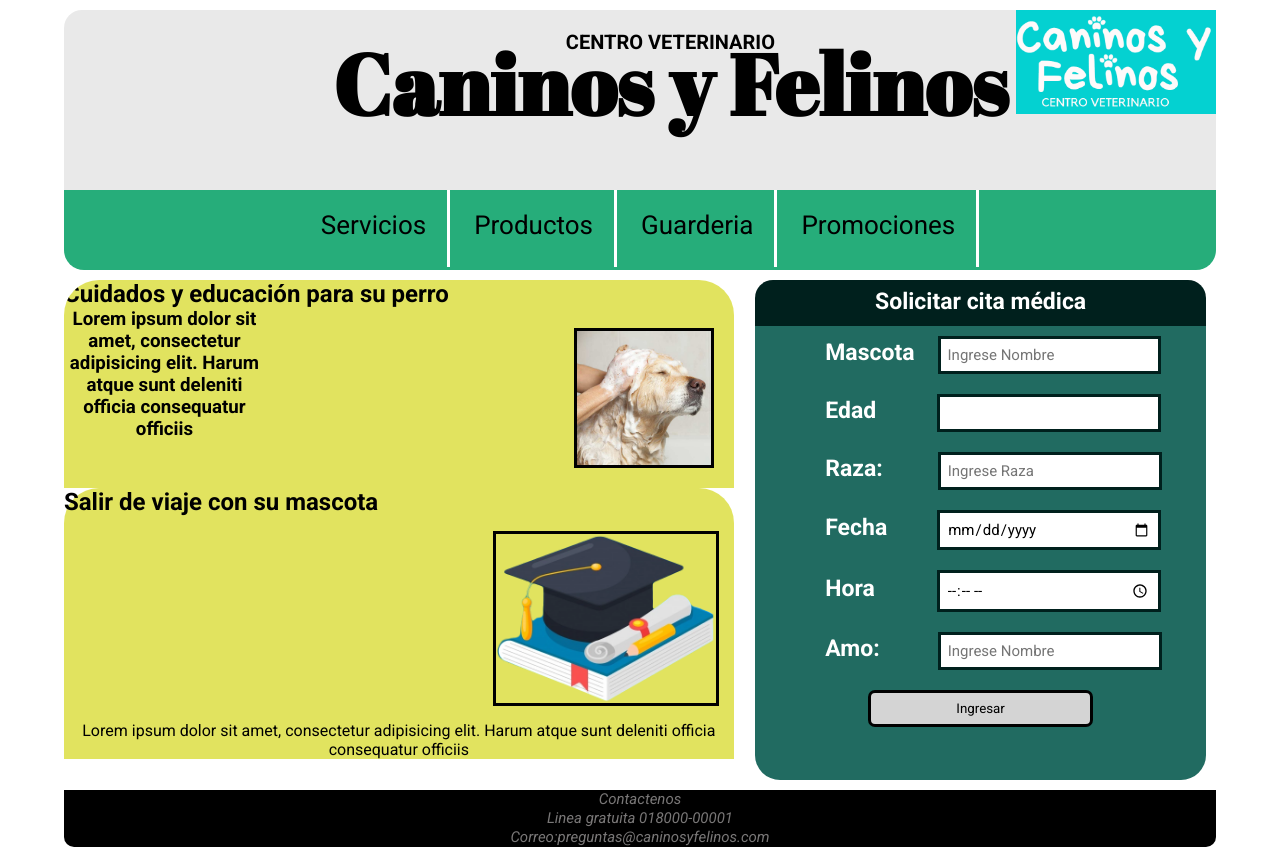
Repository: NickArregoces/Veterinaria
Page: Index.html
The author's editor kept a copy of each file at every save. The page is drawn from the files as they stood at one save, then again after the next save.
The browser window is 1280 px wide. The pictures show the whole page.

Above is the page before, as saved 2021-10-05 17:20:56.

### Index.html
<!DOCTYPE html>
<html lang="en">
<head>
    <meta charset="UTF-8">
    <meta http-equiv="X-UA-Compatible" content="IE=edge">
    <meta name="viewport" content="width=device-width, initial-scale=1.0">
    <title>Canicos y felinos</title>
    <link rel="stylesheet" href="/CSS/Style.css">
    <link href="https://fonts.googleapis.com/css2?family=Roboto:ital,wght@0,100;0,300;0,400;0,500;0,700;0,900;1,100;1,300;1,400;1,500;1,700;1,900&display=swap" rel="stylesheet">
    <link rel="preconnect" href="https://fonts.googleapis.com">
    <link rel="preconnect" href="https://fonts.gstatic.com" crossorigin>
    <link href="https://fonts.googleapis.com/css2?family=Abril+Fatface&display=swap" rel="stylesheet">

</head>
<body>
    <div id="head">
        <header>
            <div class="image">
                <img src="/Images/logo.png" alt="logo">
            </div>
            <div class="title" >
                <h3>CENTRO VETERINARIO</h3>
                <h1>Caninos y Felinos</h1>
            </div>

        </header>

        <div class="navegador">
            <ul class="menu">
                <li><a href="#">Servicios</a></li>
                <li><a href="#">Productos</a></li>
                <li><a href="#">Guarderia</a></li>
                <li><a href="#">Promociones</a></li>
            </ul>
        </div>

    </div>
        <div id="Contenido">
            <div class="section">

                <form action="" class="cita">
                    <h3 style="color: rgb(255, 255, 255);">Solicitar cita médica</h3>
                        <div class="Mascota">
                            <h4>Mascota<input type="text" placeholder="Ingrese Nombre" required></h4>
                        </div>

                        <div class="Edad">
                            <h4>Edad<input type="number" required></h4>
                        </div>

                        <div class="Raza">
                            <h4>Raza:<input type="text" placeholder="Ingrese Raza" required></h4>
                        </div>
                        <div class="Fecha">
                            <h4>Fecha<input type="date" placeholder="" required></h4>
                        </div>

                        <div class="Hora">
                            <h4>Hora<input type="time" required></h4>
                        </div>

                        <div class="Amo">
                            <h4>Amo:<input type="text" placeholder="Ingrese Nombre" required></h4>
                        </div>

                    <div class="button">
                        <button class="sumbit"> Ingresar </button>
                    </div>

                </form>
            </div>

            <div id="Cuadros">
                <aside>
                    <div class="Cuidados">
                        <h2 style="color: rgb(0, 0, 0);">Cuidados y educación para su perro</h2>

                        <div id="Prueba">
                        <img id="Prubea" src="/Images/credit.png" alt="">

                        <h3>Lorem ipsum dolor sit amet, consectetur adipisicing elit.
                            Harum atque sunt deleniti officia consequatur officiis</h3>
                        </div>
                    </div>

                    <div class="Viajes">
                        <h2 style="color: rgb(0, 0, 0);">Salir de viaje con su mascota</h2>

                        <div id="Prueba">
                        <img id="Prubea" src="/Images/Captura de pantalla 2021-10-04 181948.png" alt="">
                        </div>

                        <p>Lorem ipsum dolor sit amet, consectetur adipisicing elit.
                            Harum atque sunt deleniti officia consequatur officiis</p>
                    </div>
                </aside>
            </div>

            <div>
                <footer>
                        <p>Contactenos</p>
                        <p>Linea gratuita 018000-00001</p>
                        <p>Correo:preguntas@caninosyfelinos.com</p>
                </footer>
            </div>
        </div>

</body>
</html>

### CSS/Style.css

*{
    margin: 0 auto;
    padding: 0px;
    list-style:none;
    font-family: 'Roboto', sans-serif;
}
body{
    font-family: Arial, Helvetica, sans-serif;
    background: rgb(255, 255, 255);
    width: 90%;
    color: rgb(0, 0, 0);
}
header{
    width: 100%;
    margin-top: 10px;
    background:rgb(233, 233, 233);
    border-top-left-radius:  18px;
    border-top-right-radius:  18px;
    height: 180px;
}
    img{
        float: right;
        width: 200px;
    }
    .title{
        float: right;
        width: 60%;
        margin-top: 20px;
    }
    header h1{
        font-family: 'Abril Fatface', cursive;
        font-size: 85px;
        text-align: center;
        line-height: 60px;
        display: block;
        color: black;
    }
    header h3{
        font-size: 20px;
        text-align: center;
    }
div.navegador{
    text-align: center;
}
    ul.menu{
        border-bottom-left-radius: 20px 20px;
        border-bottom-right-radius: 20px 20px;
        background: rgb(38, 173, 122);
        height: 80px;
        list-style: none;
        padding: 0;
        max-width: 10000px;
    }
    .menu li a{
        height: 37px;
        font-size: 26px;
        margin-right: 1px;
        text-decoration: none;
        color:black;
        padding: 20px;
        display: inline-block;
    }
    .menu li {
        border-right: solid white;
        display: inline-block;
        }
    .menu li a:hover{
        background: #242323b6;
        color: white;
        }

.section{
    width: 40%;
    float: right;
}
    /*Formulario Login*/
    form{
        background: rgb(33, 107, 97);
        border-radius: 25px;
        margin-top: 10px;
        margin-right:10px;
        margin-bottom: 10px;
        height: 500px;
    }
        form h3{
            font-size: 23px;
            text-align: center;
            background: rgb(0, 32, 29);
            height: 30px;
            padding: 8px;
            border-top-left-radius: 18px;
            border-top-right-radius: 18px;
        }
        form h4{
            font-size: 23px;
            padding: 10px;
            margin-left: 60px;
            color: rgb(255, 255, 255);

        }
        form input{
            font-size: 15px;
            width: 55%;
            padding: 7px;
            display: inline;
            border: solid rgb(0, 32, 29);
            margin-left: 10px;
        }
        div.Mascota input {
            margin-left: 23px;
        }
        div.Edad input {
            margin-left: 61px;
        }
        div.Raza input {
            margin-left: 55px;
        }
        div.Fecha input {
            margin-left: 50px;
        }
        div.Hora input {
            margin-left: 62px;
        }
        div.Amo input {
            margin-left: 58px;
        }
        div.button{
            margin-top: 10px;
            margin: auto;
            text-align: center;
            width: 50%;
            cursor: pointer;
        }
        button{
            margin-top: 10px;
            width: 100%;
            padding: 8px;
            background: rgb(212, 212, 212);
            border-radius: 7px;
            border: solid black;
            cursor: pointer;
        }
        button:hover{
            background: #000000b6;
            color: rgb(255, 255, 255);
        }
aside{
    width: 59%;
    height: 500px;
    margin-top: 10px;
    float: left;
    margin-bottom: 10px;
}
    div.Cuidados{
        border-top-left-radius: 35px;
        border-top-right-radius: 35px;
        margin-right: 10px;
        background: rgba(216, 219, 45, 0.76);
        overflow:hidden;
    }
    /*Centrado Imagenes aside*/
    #Prueba{
        float: right;
    }
        div.Cuidados img {
            margin: 20px;
            width: 20%;
            border: solid black;
        }
        /*Efecto Imagenes aside*/
        div img:hover{
            -webkit-transform:scale(0.9);
            transform:scale(0.9);
        }
        div.Cuidados h3{
            width: 30%;
            display: inline-block;
            text-align: center;
        }

    div.Viajes {
        border-top-right-radius: 35px;
        border-top-left-radius: 35px;
        margin-right: 10px;
        background: rgba(216, 219, 45, 0.76);
     }
        div.Viajes img {
            width: 220px;
            margin: 15px;
            border: solid black;
        }
        div.Viajes p{
            display: inline-block;
            text-align: center;
        }

footer{
    background: black;
    clear: both;
    border-bottom-left-radius: 10px;
    border-bottom-right-radius: 10px;
}
    footer p{
        font-size: 15px;
        text-align: center;
        line-height: 15px;
        color: rgb(121, 119, 119);
        font-style:italic;
        padding: 2px;
    }

After the next save:
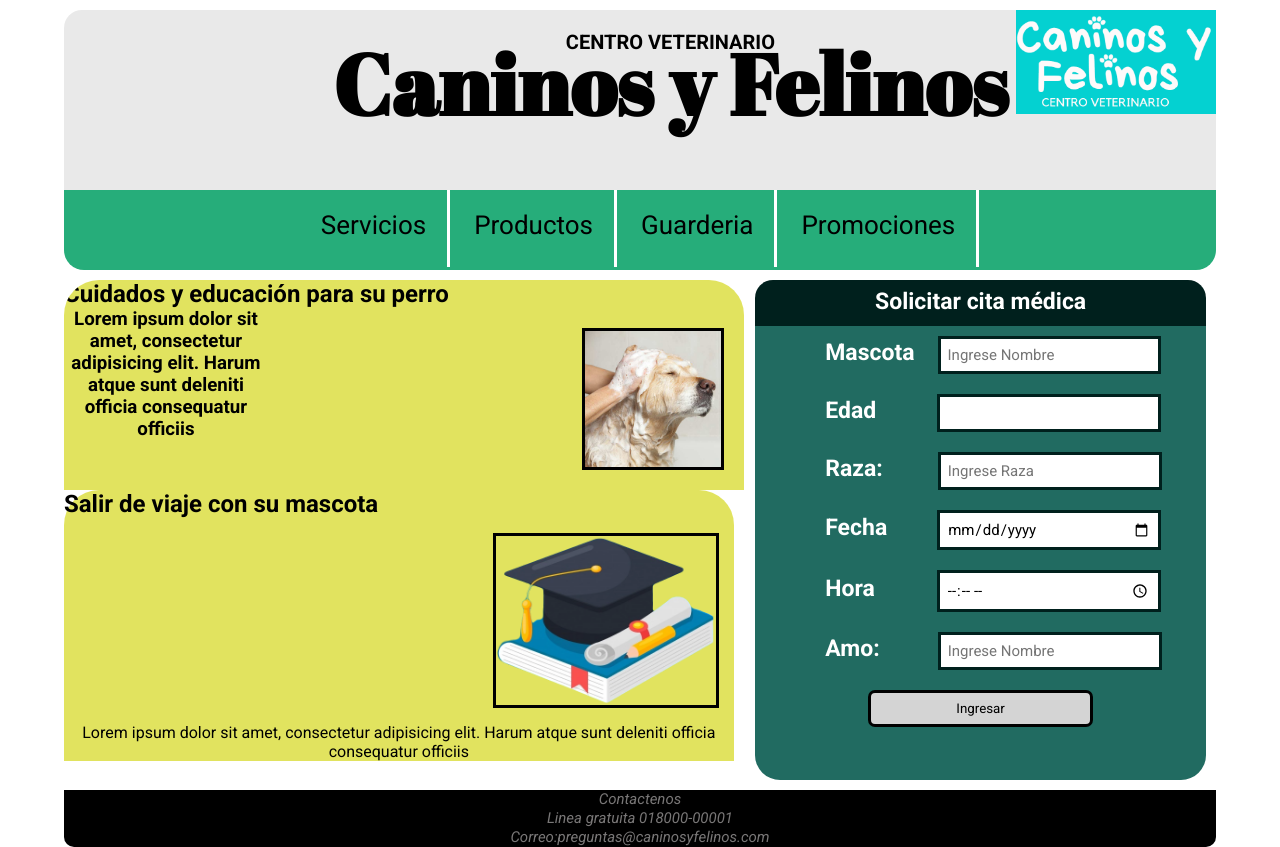
Saved 70 s later.
--- a/CSS/Style.css
+++ b/CSS/Style.css
@@ -155,6 +155,7 @@
     div.Cuidados{
         border-top-left-radius: 35px;
         border-top-right-radius: 35px;
+        margin-
         margin-right: 10px;
         background: rgba(216, 219, 45, 0.76);
         overflow:hidden;

After the 2 saves that followed:
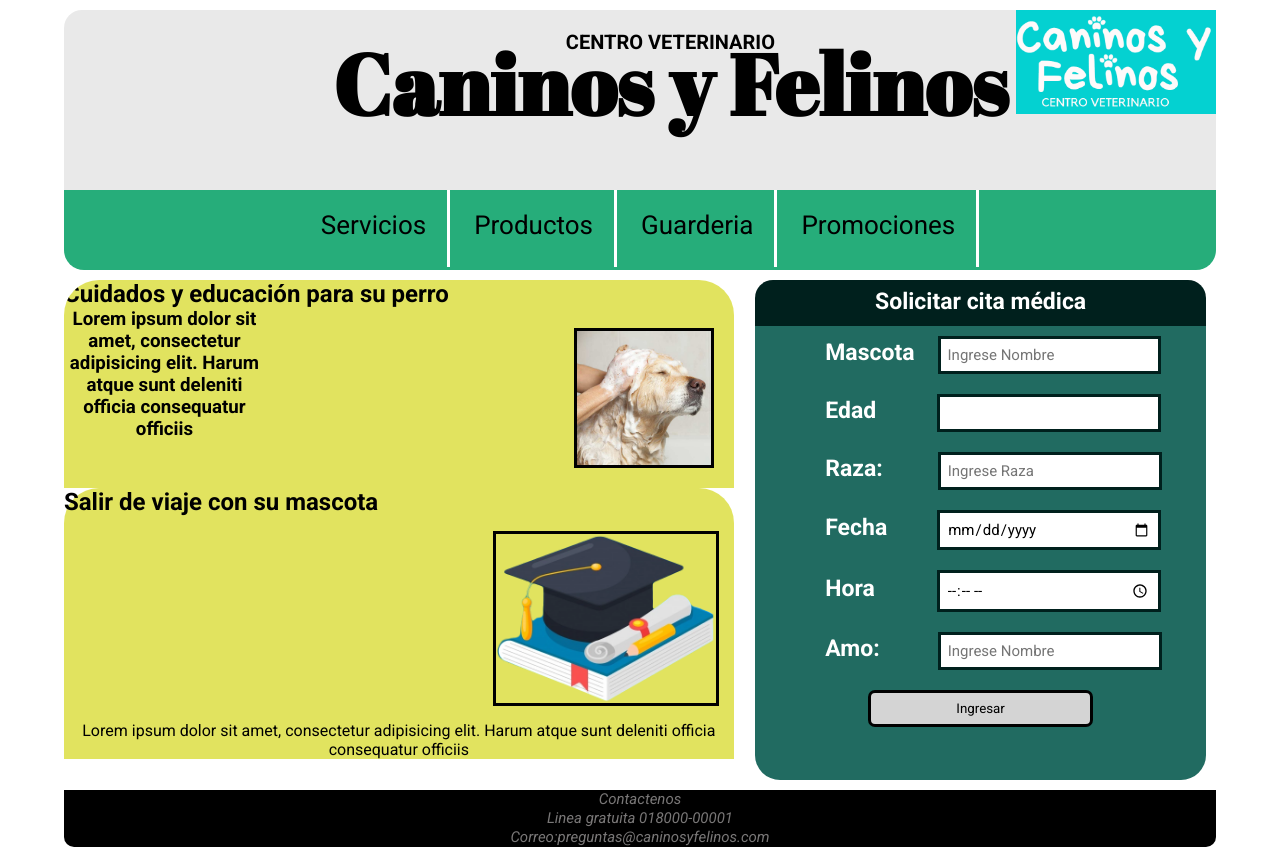
The 2 saves are shown as one change because they came seconds apart.
The last was saved 6 s later.
--- a/CSS/Style.css
+++ b/CSS/Style.css
@@ -155,7 +155,7 @@
     div.Cuidados{
         border-top-left-radius: 35px;
         border-top-right-radius: 35px;
-        margin-
+        margin-top: ;
         margin-right: 10px;
         background: rgba(216, 219, 45, 0.76);
         overflow:hidden;
